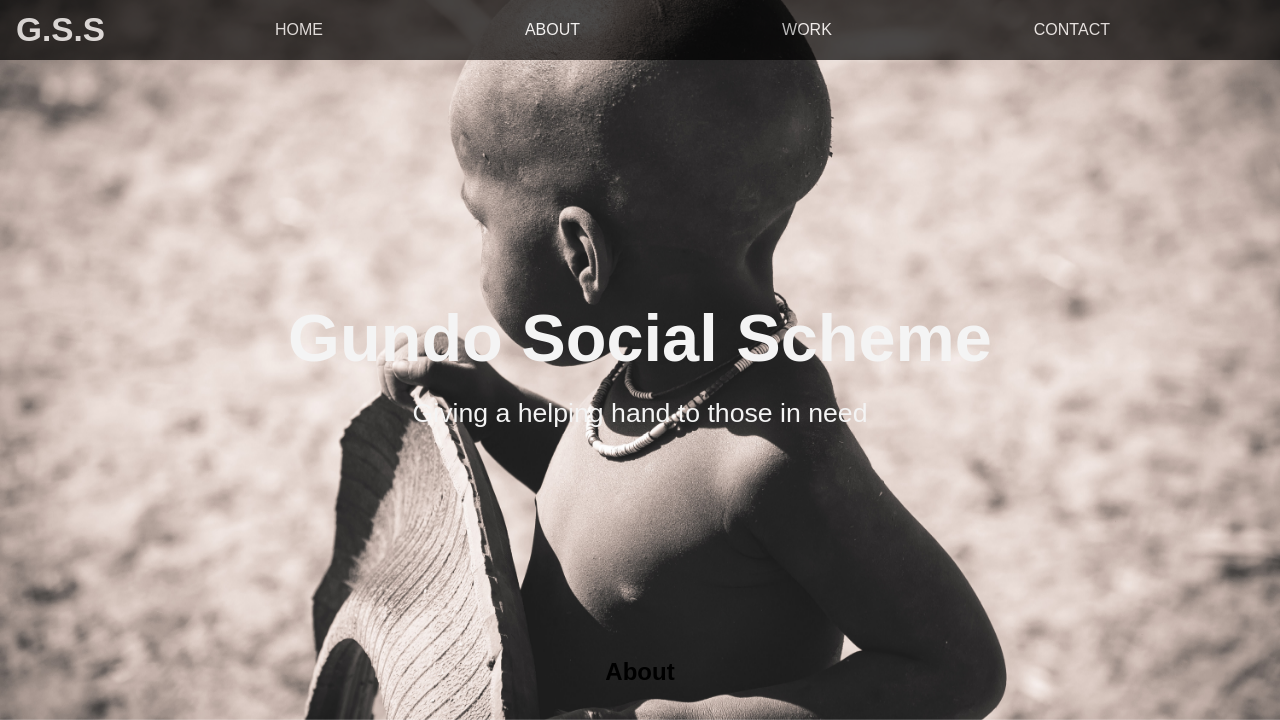
Repository: blessingNtoko/gss-basic_website
Page: index.html
An editor plug-in stored every save of this project. The page is shown before and after the next save, followed by the edit.
The browser window is 1280 px wide. The pictures show the whole page.
An inner scrolling area shows only its first screen.

Above is the page before, as saved 2020-05-13 18:13:35.

After the next save:
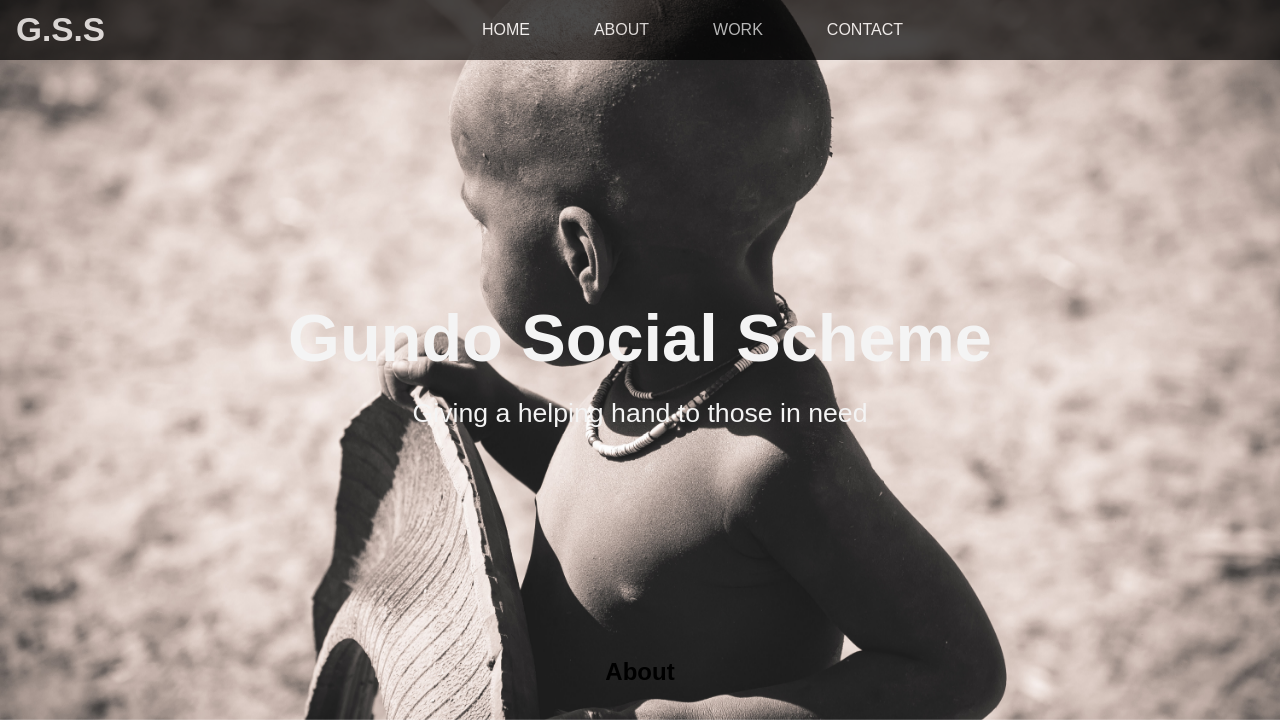
Saved 7 s later.
--- a/style.css
+++ b/style.css
@@ -54,7 +54,7 @@ body {
     list-style: none;
     width: 100%;
     /* text-align: right; */
-    justify-content: space-evenly;
+    justify-content: center;
 }
 
 .navbar ul li {
